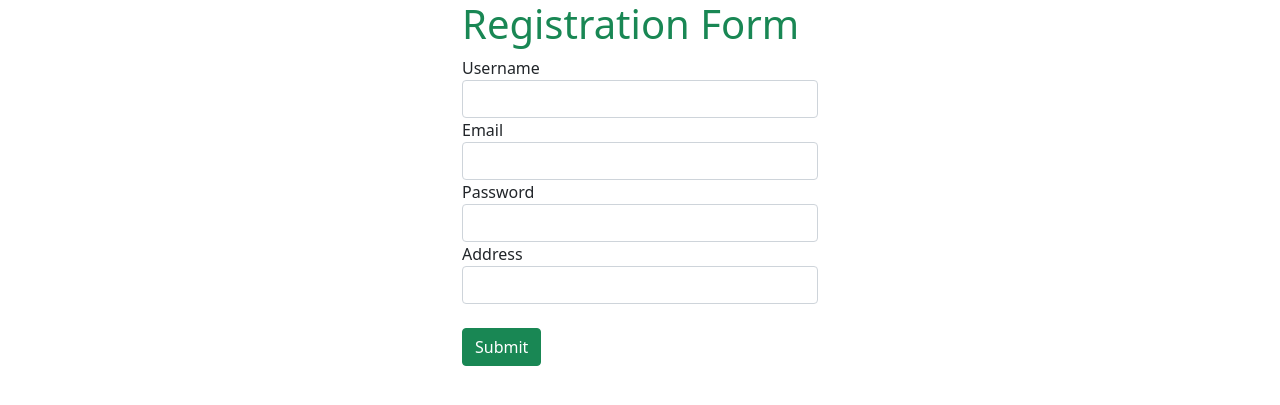
Repository: Laxman877/MyWorkspace
Page: Corejava/Learning_Web/src/main/webapp/boostrapDemo2.html
An editor plug-in stored every save of this project. The page is shown before and after the next save, followed by the edit.
The browser window is 1280 px wide. The pictures show the whole page.

Above is the page before, as saved 2022-04-27 06:17:08.

### Corejava/Learning_Web/src/main/webapp/boostrapDemo2.html
<!DOCTYPE html>
<html lang="en">
<head>
 <!-- Required meta tags -->
 <meta charset="ISO-8859-1">
    <meta name="viewport" content="width=device-width, initial-scale=1">

    <!-- Bootstrap CSS -->
<link href="https://cdn.jsdelivr.net/npm/bootstrap@5.0.2/dist/css/bootstrap.min.css" rel="stylesheet" integrity="sha384-EVSTQN3/azprG1Anm3QDgpJLIm9Nao0Yz1ztcQTwFspd3yD65VohhpuuCOmLASjC" crossorigin="anonymous">
    <script src="https://cdn.jsdelivr.net/npm/bootstrap@5.0.2/dist/js/bootstrap.bundle.min.js" integrity="sha384-MrcW6ZMFYlzcLA8Nl+NtUVF0sA7MsXsP1UyJoMp4YLEuNSfAP+JcXn/tWtIaxVXM" crossorigin="anonymous"></script>
<title>Hello, World</title>
</head>
<body>
<div class="container">
<div class="row">
<div class="col-md-4"></div>
<div class="col-md-4">

<h1 class="text-success">Registration Form</h1>
<form action="">

<div class="form-group">
<label>Username</label>
<input type="text" class="form-control">
</div>
<div class="form-group">
<label>Email</label>
<input type="text" class="form-control">
</div>
<div class="form-group">
<label>Password</label>
<input type="text" class="form-control">
</div>
<div class="form-group">
<label>Address</label>
<input type="text" class="form-control">
</div>
<br>
<input type="submit" class="btn btn-success">
</form>

</div>
</div>
</div>

</body>
</html>

After the next save:
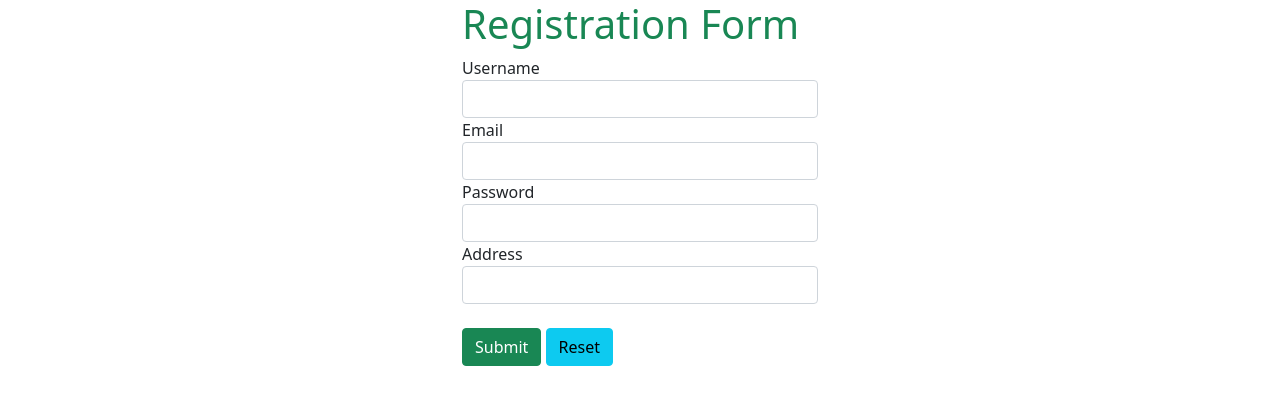
Saved 50 s later.
--- a/Corejava/Learning_Web/src/main/webapp/boostrapDemo2.html
+++ b/Corejava/Learning_Web/src/main/webapp/boostrapDemo2.html
@@ -36,7 +36,8 @@
 <input type="text" class="form-control">
 </div>
 <br>
-<input type="submit" class="btn btn-success">
+<input type="Submit" class="btn btn-success">
+<input type="Reset" class="btn btn-info">
 </form>
 
 </div>
